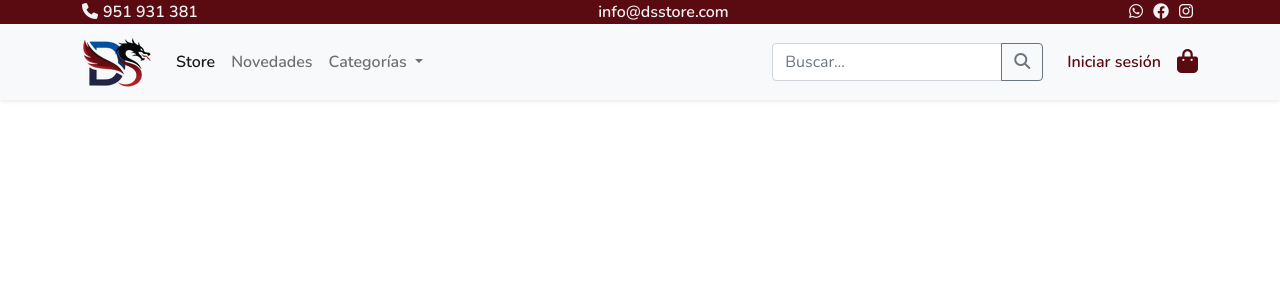
Repository: leasever/store-ts
Page: index.html
The author's editor kept a copy of each file at every save. The page is drawn from the files as they stood at one save, then again after a run of saves.
The browser window is 1280 px wide. The pictures show the whole page.
Some web libraries are served in a nearby version. The style sheet was rebuilt from its Sass, Less or Tailwind sources for each picture, by a compiler version that may differ from the author's.

Above is the page before, as saved 2022-09-13 20:54:49.

After the next 6 saves:
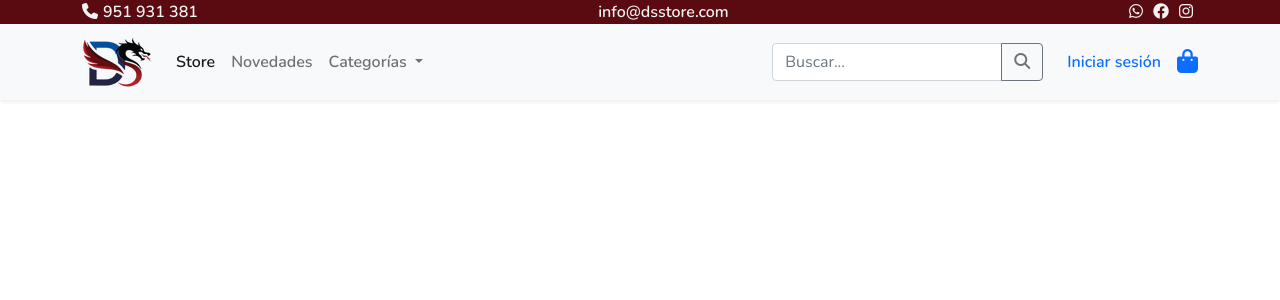
The 6 saves are shown as one change because they came seconds apart.
The last was saved 16 s later.
--- a/sass/main.scss
+++ b/sass/main.scss
@@ -35,26 +35,7 @@
 a {
   font-weight: 600;
   text-decoration: none;
-  color: $color-primary
-
-
-
-
-
-
-
-
-
-
-
-
-
-
-
-
-
-
-  ;
+  color: $color-primary ¡important;
   &:hover {
   text-decoration: underline;
 
